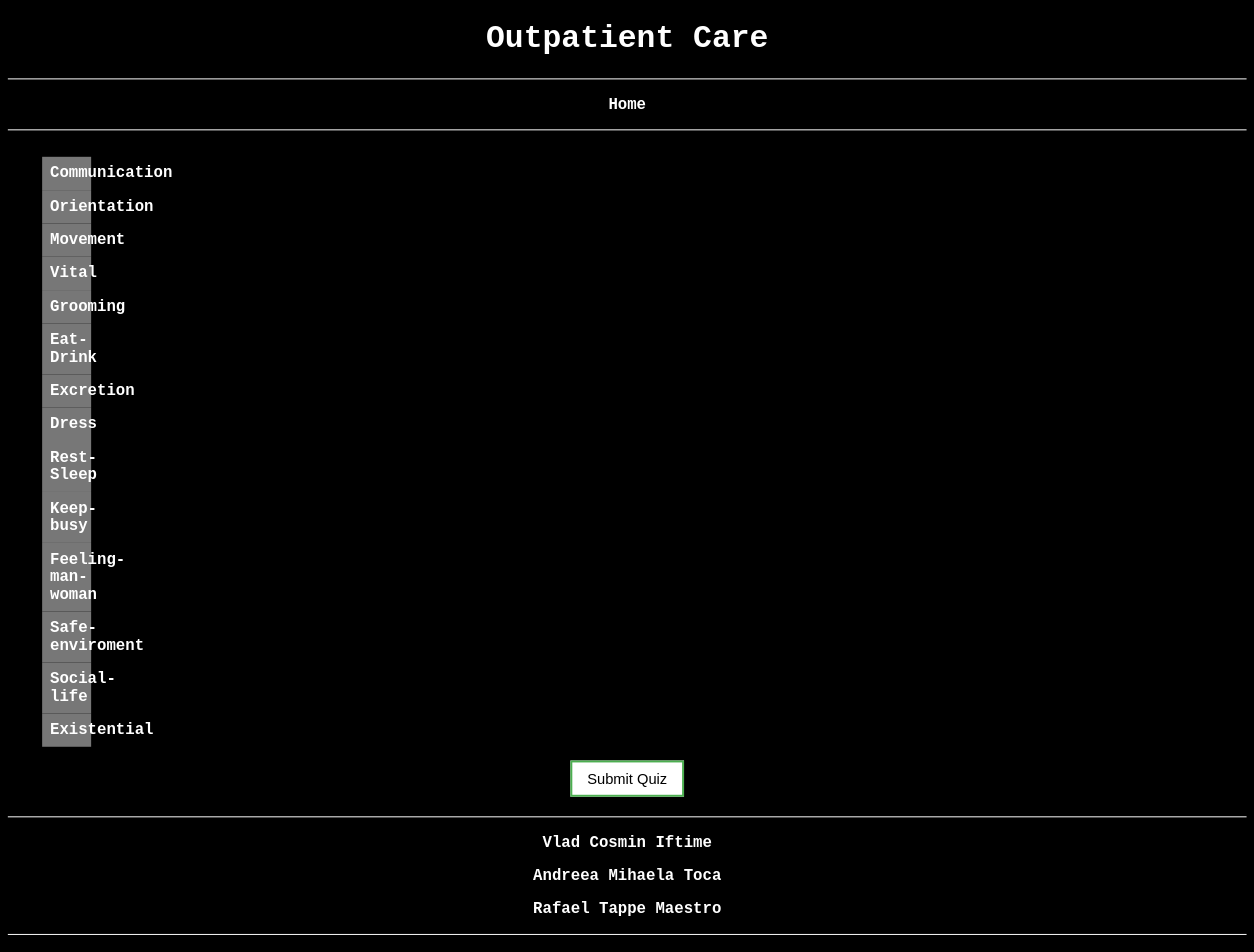
Repository: VladIftime/KnowledgeTechnology2019
Page: src/front/index.html
The author's editor kept a copy of each file at every save. The page is drawn from the files as they stood at one save, then again after the next save.
The browser window is 1280 px wide. The pictures show the whole page, at 98% of full size.

Above is the page before, as saved 2020-01-11 21:05:53.

After the next save:
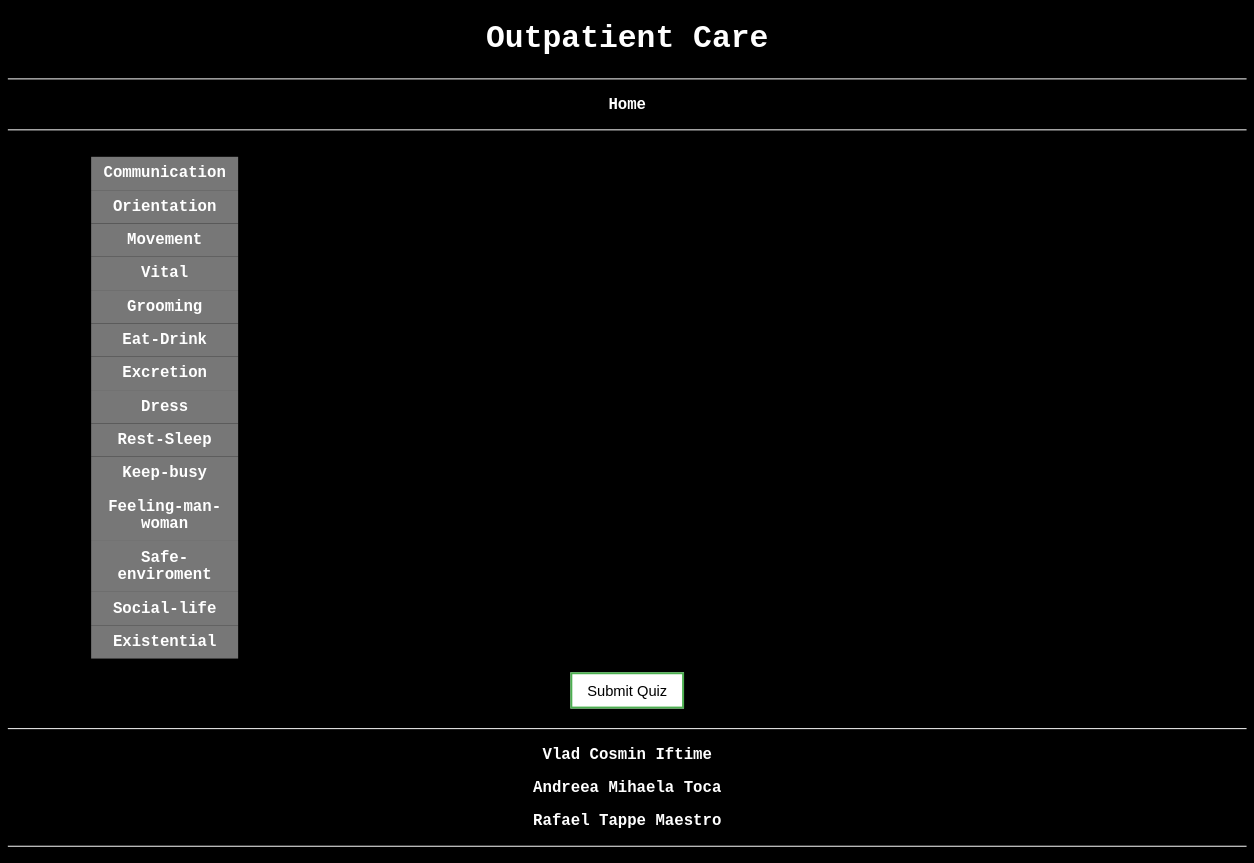
Saved 28 s later.
--- a/src/front/style.css
+++ b/src/front/style.css
@@ -140,7 +140,7 @@ hr {
 
   .grid-container{
       display: grid;
-      grid-template-columns: 100px 300px 100px;
+      grid-template-columns:300px 300px 100px;
       padding: 10px;
   }
   .container{
